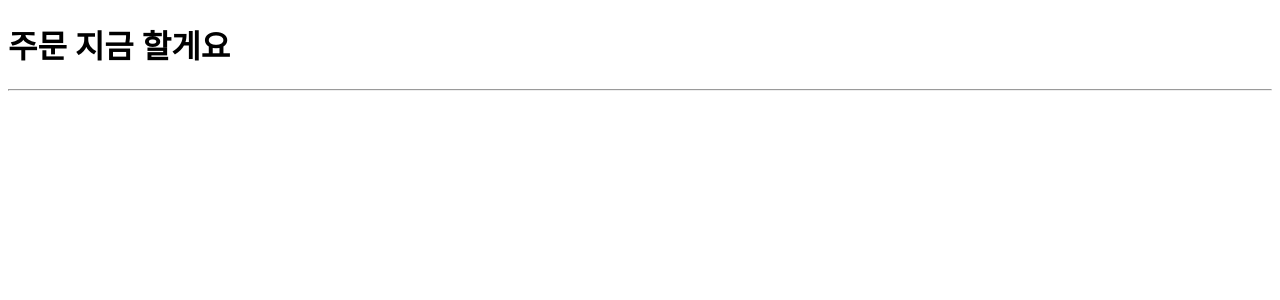
Repository: zxcvne/1400_web_nhs
Page: 05_jsp/src/web/src/main/webapp/order.html
The author's editor kept a copy of each file at every save. The page is drawn from the files as they stood at one save, then again after the next save.
The browser window is 1280 px wide. The pictures show the whole page.

Above is the page before, as saved 2025-10-25 05:41:54.

After the next save:
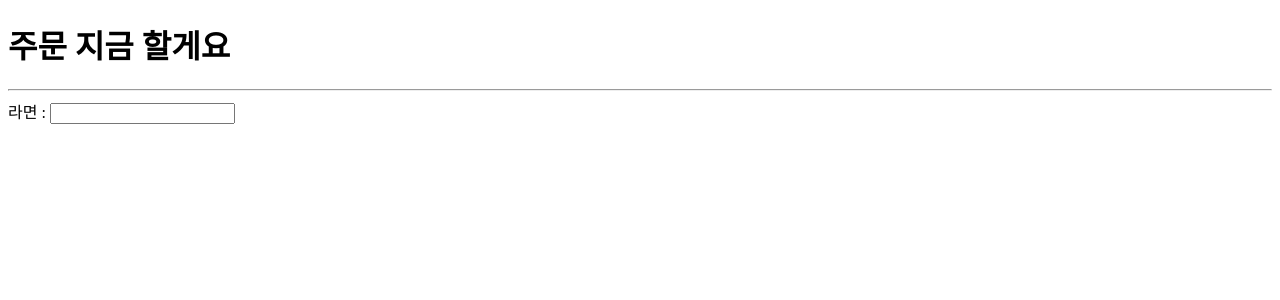
Saved 28 s later.
--- a/05_jsp/src/web/src/main/webapp/order.html
+++ b/05_jsp/src/web/src/main/webapp/order.html
@@ -8,7 +8,7 @@
 	<h1>주문 지금 할게요</h1>
 	<hr>
 	<form action="" method="get" action="Order">
-
+		라면 : <input type="text" name ="ramem">
 	</form>
 </body>
 </html>
